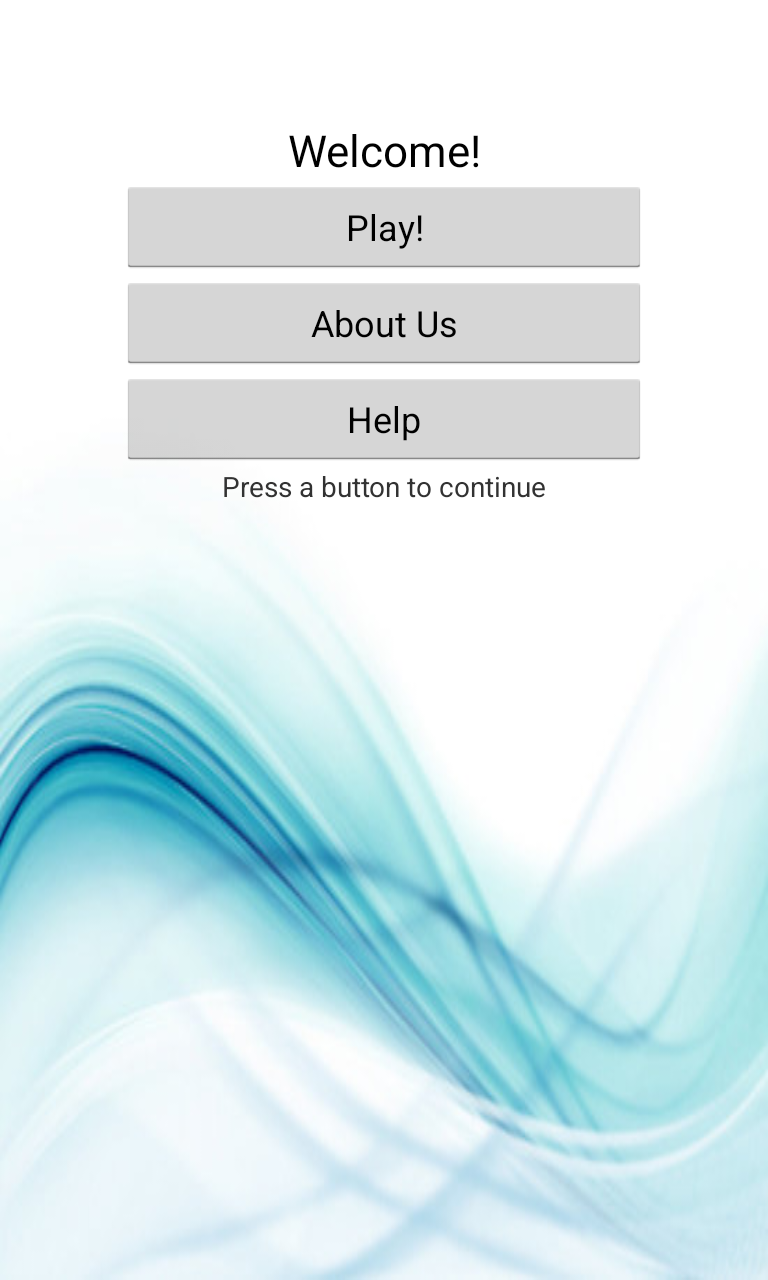
Repository: AGNT/Mobile_application_SU13
Layout: android/Locate/res/layout/activity_menu.xml
An editor plug-in stored every save of this project. The layout is shown before and after a run of saves, followed by the edit.
It is drawn on a 768 x 1280 px phone screen (xhdpi) without system bars, with theme AppTheme; the app's code is not run.

Above is the layout before, as saved 2013-08-10 08:57:15.

### android/Locate/res/layout/activity_menu.xml
<LinearLayout xmlns:android="http://schemas.android.com/apk/res/android"
    xmlns:tools="http://schemas.android.com/tools"
    android:layout_width="match_parent"
    android:layout_height="match_parent"
    android:orientation="vertical"
    android:padding="60dp"
    android:paddingBottom="@dimen/activity_vertical_margin"
    android:paddingLeft="@dimen/activity_horizontal_margin"
    android:paddingRight="@dimen/activity_horizontal_margin"
    android:paddingTop="@dimen/activity_vertical_margin"
    tools:context=".Menu"
    android:background="@drawable/pattern2" >

    <TextView
        android:id="@+id/textView1"
        android:layout_width="match_parent"
        android:layout_height="wrap_content"
        android:gravity="center"
        android:text="Welcome!"
        android:textAppearance="?android:attr/textAppearanceLarge" />

    <Button
        android:id="@+id/button1"
        android:layout_width="match_parent"
        android:layout_height="wrap_content"
        android:text="Play!" />

    <Button
        android:id="@+id/button2"
        android:layout_width="match_parent"
        android:layout_height="wrap_content"
        android:text="About Us" />

    <Button
        android:id="@+id/button3"
        android:layout_width="match_parent"
        android:layout_height="wrap_content"
        android:text="Help" />



    <TextView
        android:id="@+id/textView2"
        android:layout_width="match_parent"
        android:layout_height="wrap_content"
        android:gravity="center"
        android:text="Press a button to continue"
        android:textAppearance="?android:attr/textAppearanceSmall" />
	<!--
    <ImageView
        android:id="@+id/imageView1"
        android:layout_width="match_parent"
        android:layout_height="196dp"
        android:layout_weight="0.66"
        android:src="@drawable/locate" />
        -->

</LinearLayout>

Loaded but not shown: android/Locate/res/values/styles.xml (common file); android/Locate/res/values-v11/styles.xml (common file); android/Locate/res/values-v14/styles.xml (common file); android/Locate/res/values/dimens.xml (common file)

After the next 2 saves:
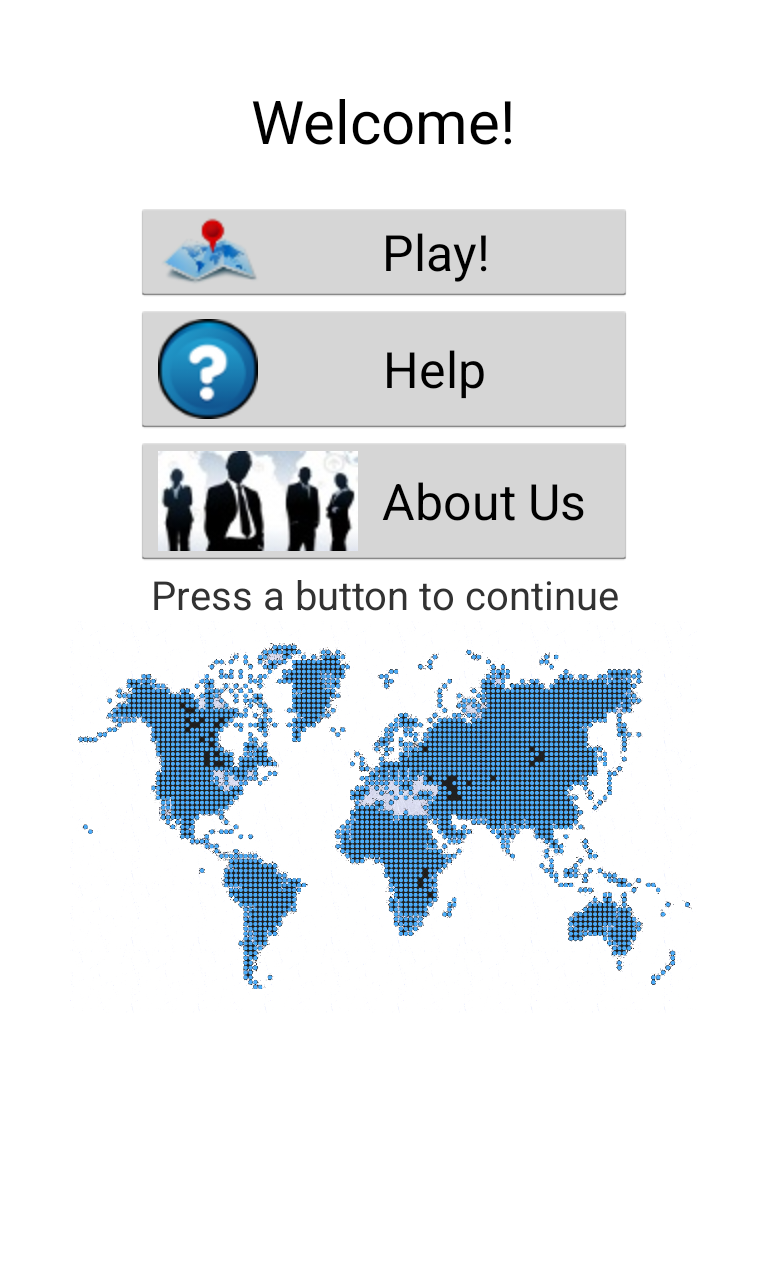
The 2 saves are shown as one change because 1 did not build or start.
The last was saved 24 min 2 s later.
--- a/android/Locate/res/layout/activity_menu.xml
+++ b/android/Locate/res/layout/activity_menu.xml
@@ -1,4 +1,4 @@
-<LinearLayout xmlns:android="http://schemas.android.com/apk/res/android"
+<!--  <LinearLayout xmlns:android="http://schemas.android.com/apk/res/android"
     xmlns:tools="http://schemas.android.com/tools"
     android:layout_width="match_parent"
     android:layout_height="match_parent"
@@ -55,4 +55,82 @@
         android:src="@drawable/locate" />
         -->
 
-</LinearLayout>
+
+<RelativeLayout xmlns:android="http://schemas.android.com/apk/res/android"
+    xmlns:tools="http://schemas.android.com/tools"
+    android:layout_width="match_parent"
+    android:layout_height="match_parent"
+    android:background="#ffffff"
+    android:orientation="vertical"
+    android:padding="20dp"
+    android:paddingBottom="@dimen/activity_vertical_margin"
+    android:paddingLeft="@dimen/activity_horizontal_margin"
+    android:paddingRight="@dimen/activity_horizontal_margin"
+    android:paddingTop="@dimen/activity_vertical_margin"
+    tools:context=".Menu" >
+
+    <TextView
+        android:id="@+id/textView1"
+        android:layout_width="wrap_content"
+        android:layout_height="wrap_content"
+        android:layout_centerHorizontal="true"
+        android:gravity="center"
+        android:padding="20dp"
+        android:text="Welcome!"
+        android:textAppearance="?android:attr/textAppearanceLarge"
+        android:textSize="30sp" />
+
+    <Button
+        android:id="@+id/button1"
+        android:layout_width="wrap_content"
+        android:layout_height="wrap_content"
+        android:layout_below="@id/textView1"
+        android:layout_centerHorizontal="true"
+        android:drawableLeft="@drawable/play"
+        android:text="Play!"
+        android:textSize="25sp"
+        android:width="250dp" />
+
+    <Button
+        android:id="@+id/button2"
+        android:layout_width="wrap_content"
+        android:layout_height="wrap_content"
+        android:layout_below="@id/button1"
+        android:layout_centerHorizontal="true"
+        android:drawableLeft="@drawable/help"
+        android:text="Help"
+        android:textSize="25sp"
+        android:width="250dp" />
+
+    <Button
+        android:id="@+id/button3"
+        android:layout_width="wrap_content"
+        android:layout_height="wrap_content"
+        android:layout_below="@id/button2"
+        android:layout_centerHorizontal="true"
+        android:drawableLeft="@drawable/about"
+        android:text="About Us"
+        android:textSize="25sp"
+        android:width="250dp" />
+
+    <TextView
+        android:id="@+id/textView2"
+        android:layout_width="wrap_content"
+        android:layout_height="wrap_content"
+        android:layout_below="@id/button3"
+        android:layout_centerHorizontal="true"
+        android:gravity="center"
+        android:text="Press a button to continue"
+        android:textAppearance="?android:attr/textAppearanceSmall"
+        android:textSize="20sp" />
+
+    <ImageView
+        android:id="@+id/imageView1"
+        android:layout_width="wrap_content"
+        android:layout_height="196dp"
+        android:layout_below="@id/textView2"
+        android:layout_centerHorizontal="true"
+        android:layout_weight="0.66"
+        android:src="@drawable/dots" />
+
+</RelativeLayout>

After the 4 saves that followed:
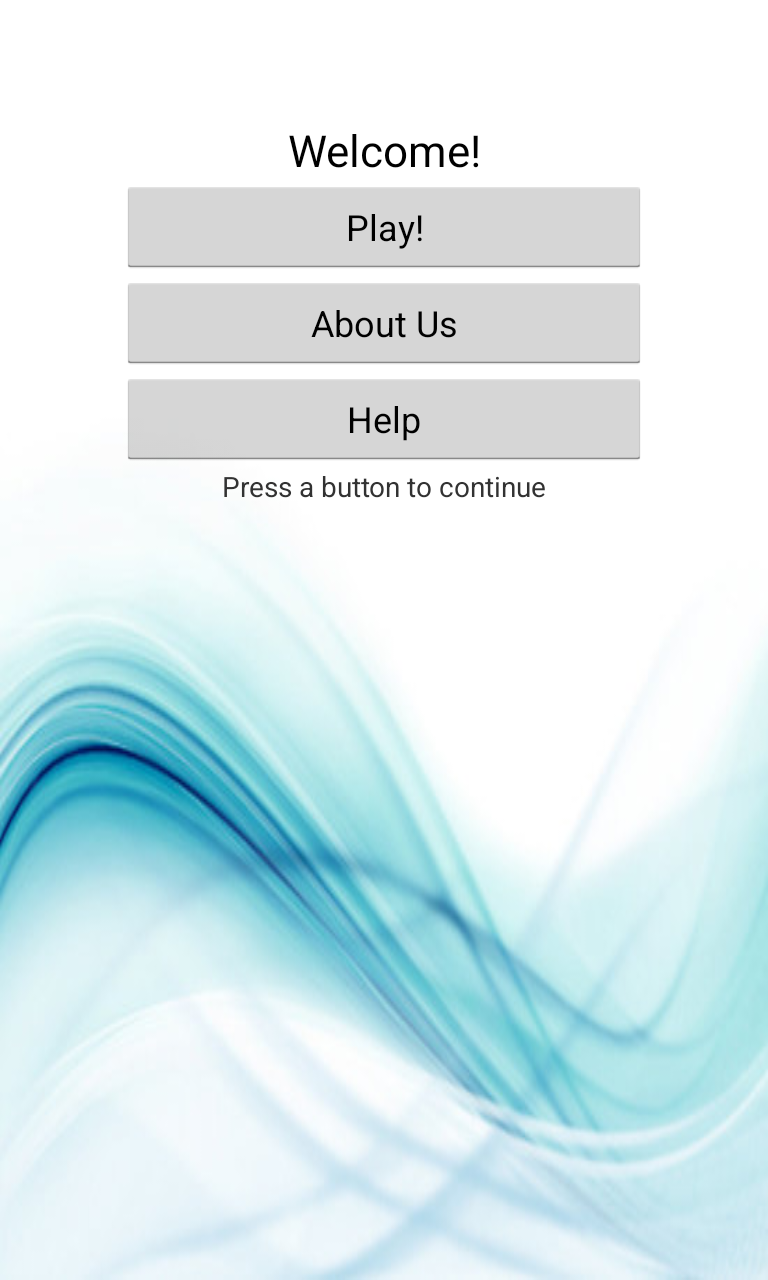
The 4 saves are shown as one change because 2 did not build or start and 1 left the picture as it was.
The last was saved 9 min 54 s later.
--- a/android/Locate/res/layout/activity_menu.xml
+++ b/android/Locate/res/layout/activity_menu.xml
@@ -1,4 +1,4 @@
-<!--  <LinearLayout xmlns:android="http://schemas.android.com/apk/res/android"
+<LinearLayout xmlns:android="http://schemas.android.com/apk/res/android"
     xmlns:tools="http://schemas.android.com/tools"
     android:layout_width="match_parent"
     android:layout_height="match_parent"
@@ -46,91 +46,9 @@
         android:gravity="center"
         android:text="Press a button to continue"
         android:textAppearance="?android:attr/textAppearanceSmall" />
-	<!--
-    <ImageView
-        android:id="@+id/imageView1"
-        android:layout_width="match_parent"
-        android:layout_height="196dp"
-        android:layout_weight="0.66"
-        android:src="@drawable/locate" />
-        -->
 
 
-<RelativeLayout xmlns:android="http://schemas.android.com/apk/res/android"
-    xmlns:tools="http://schemas.android.com/tools"
-    android:layout_width="match_parent"
-    android:layout_height="match_parent"
-    android:background="#ffffff"
-    android:orientation="vertical"
-    android:padding="20dp"
-    android:paddingBottom="@dimen/activity_vertical_margin"
-    android:paddingLeft="@dimen/activity_horizontal_margin"
-    android:paddingRight="@dimen/activity_horizontal_margin"
-    android:paddingTop="@dimen/activity_vertical_margin"
-    tools:context=".Menu" >
 
-    <TextView
-        android:id="@+id/textView1"
-        android:layout_width="wrap_content"
-        android:layout_height="wrap_content"
-        android:layout_centerHorizontal="true"
-        android:gravity="center"
-        android:padding="20dp"
-        android:text="Welcome!"
-        android:textAppearance="?android:attr/textAppearanceLarge"
-        android:textSize="30sp" />
 
-    <Button
-        android:id="@+id/button1"
-        android:layout_width="wrap_content"
-        android:layout_height="wrap_content"
-        android:layout_below="@id/textView1"
-        android:layout_centerHorizontal="true"
-        android:drawableLeft="@drawable/play"
-        android:text="Play!"
-        android:textSize="25sp"
-        android:width="250dp" />
 
-    <Button
-        android:id="@+id/button2"
-        android:layout_width="wrap_content"
-        android:layout_height="wrap_content"
-        android:layout_below="@id/button1"
-        android:layout_centerHorizontal="true"
-        android:drawableLeft="@drawable/help"
-        android:text="Help"
-        android:textSize="25sp"
-        android:width="250dp" />
-
-    <Button
-        android:id="@+id/button3"
-        android:layout_width="wrap_content"
-        android:layout_height="wrap_content"
-        android:layout_below="@id/button2"
-        android:layout_centerHorizontal="true"
-        android:drawableLeft="@drawable/about"
-        android:text="About Us"
-        android:textSize="25sp"
-        android:width="250dp" />
-
-    <TextView
-        android:id="@+id/textView2"
-        android:layout_width="wrap_content"
-        android:layout_height="wrap_content"
-        android:layout_below="@id/button3"
-        android:layout_centerHorizontal="true"
-        android:gravity="center"
-        android:text="Press a button to continue"
-        android:textAppearance="?android:attr/textAppearanceSmall"
-        android:textSize="20sp" />
-
-    <ImageView
-        android:id="@+id/imageView1"
-        android:layout_width="wrap_content"
-        android:layout_height="196dp"
-        android:layout_below="@id/textView2"
-        android:layout_centerHorizontal="true"
-        android:layout_weight="0.66"
-        android:src="@drawable/dots" />
-
-</RelativeLayout>
+</LinearLayout>
